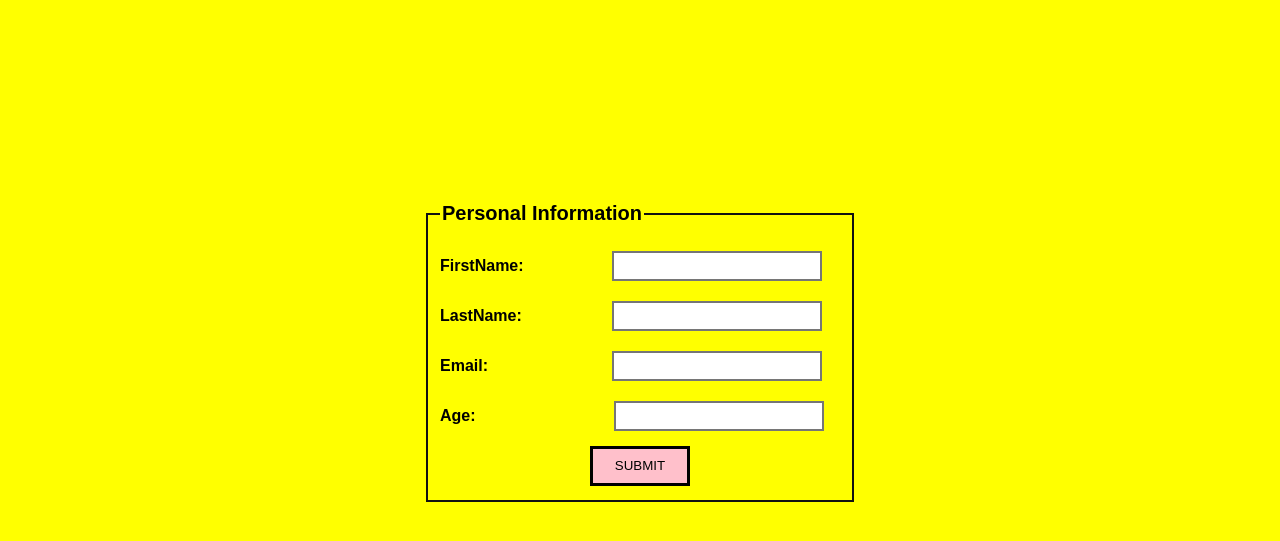
Repository: Femi007-gh/Legend
Page: index.html
These files come from the project's save history. The page is drawn as it stood at one moment and after the next save; the edit follows.
The browser window is 1280 px wide. The pictures show the whole page.

Above is the page before, as saved 2025-04-07 21:38:00.

### index.html
<html>
  <head>
    <title>LEGEND</title>
    <link rel="stylesheet" href="style.css">
  </head>
  <body>
    <form>
      <fieldset class="field">
        <legend class="ld">Personal Information</legend>
        <label class="first">FirstName:</label>
        <input type="text" class="FN"><br>

        <label class="last">LastName:</label>
        <input type="text" class="LN"> <br>

        <label class="mail">Email:</label>
        <input type="text" class="email"> <br>

        <label class="yourage">Age:</label>
        <input type="text" class="age"> <br>
          <button class="sub" type="button">SUBMIT</button>
      </fieldset>
    </form>
    <a href="loginpage.html"></a>
  </body>
</html>

### style.css
body {
  font-family:Arial, Helvetica, sans-serif;
  font-weight: bold;
  display: flex;
  justify-content: center;
  align-items: center;
  background-color: yellow;
}

.ld {
  font-size: 20px;
}

.field {
  border: 2px solid #111;
  width: 400px;
  height: 280px;
}

.FN {
  margin-top: 20px;
  margin-left: 84px;
  border-style: solid;
  height: 30px;
  width: 210px;
}

.LN {
  margin-top: 20px;
  margin-left: 86px;
  border-style: solid;
  height: 30px;
  width: 210px;
}

.email {
  margin-top: 20px;
  margin-left:120px;
  height: 30px;
  border-style: solid;
  width: 210px;
}

.age {
  margin-top: 20px;
  margin-left: 134px;
  border-style: solid;
  height: 30px;
  width: 210px;
}

input {
  background-color: white;
}

.sub {
  height: 40px;
  width: 100px;
  margin-left: 150px;
  margin-top: 15px;
  border: none;
  background-color: pink;
  border-style: solid;
  cursor: pointer;
}

.sub:hover {
  background-color: blue;
}

After the next save:
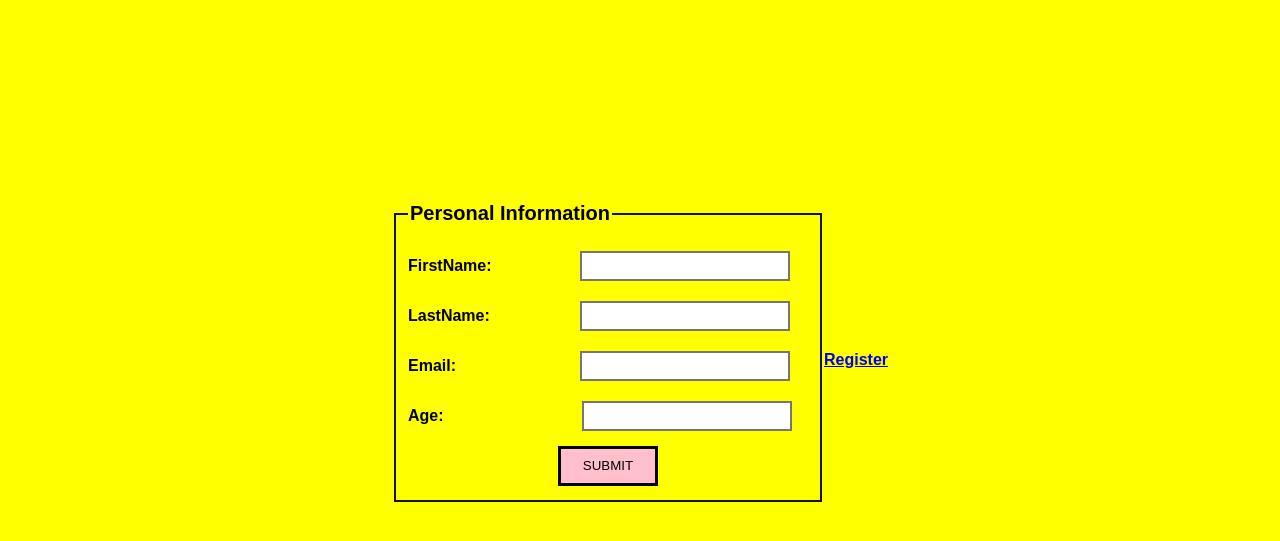
Saved 6 s later.
--- a/index.html
+++ b/index.html
@@ -21,6 +21,6 @@
           <button class="sub" type="button">SUBMIT</button>
       </fieldset>
     </form>
-    <a href="loginpage.html"></a>
+    <a href="loginpage.html">Register</a>
   </body>
 </html>

After the 3 saves that followed:
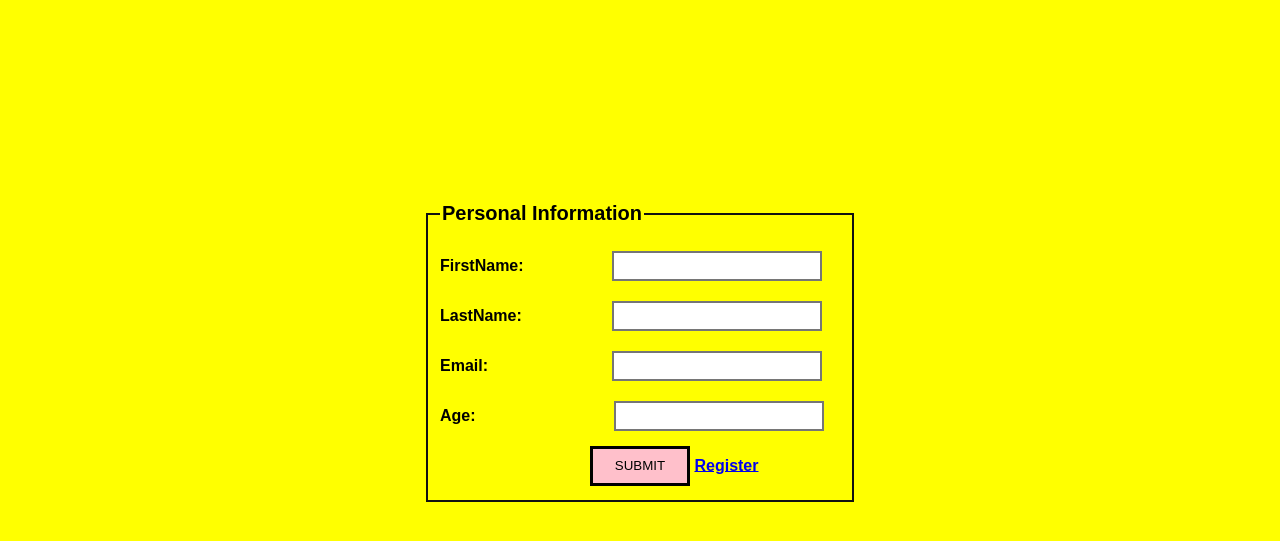
The 3 saves are shown as one change because they came seconds apart.
The last was saved 110 s later.
--- a/index.html
+++ b/index.html
@@ -19,8 +19,8 @@
         <label class="yourage">Age:</label>
         <input type="text" class="age"> <br>
           <button class="sub" type="button">SUBMIT</button>
+          <a href="loginpage.html">Register</a>
       </fieldset>
     </form>
-    <a href="loginpage.html">Register</a>
   </body>
 </html>
